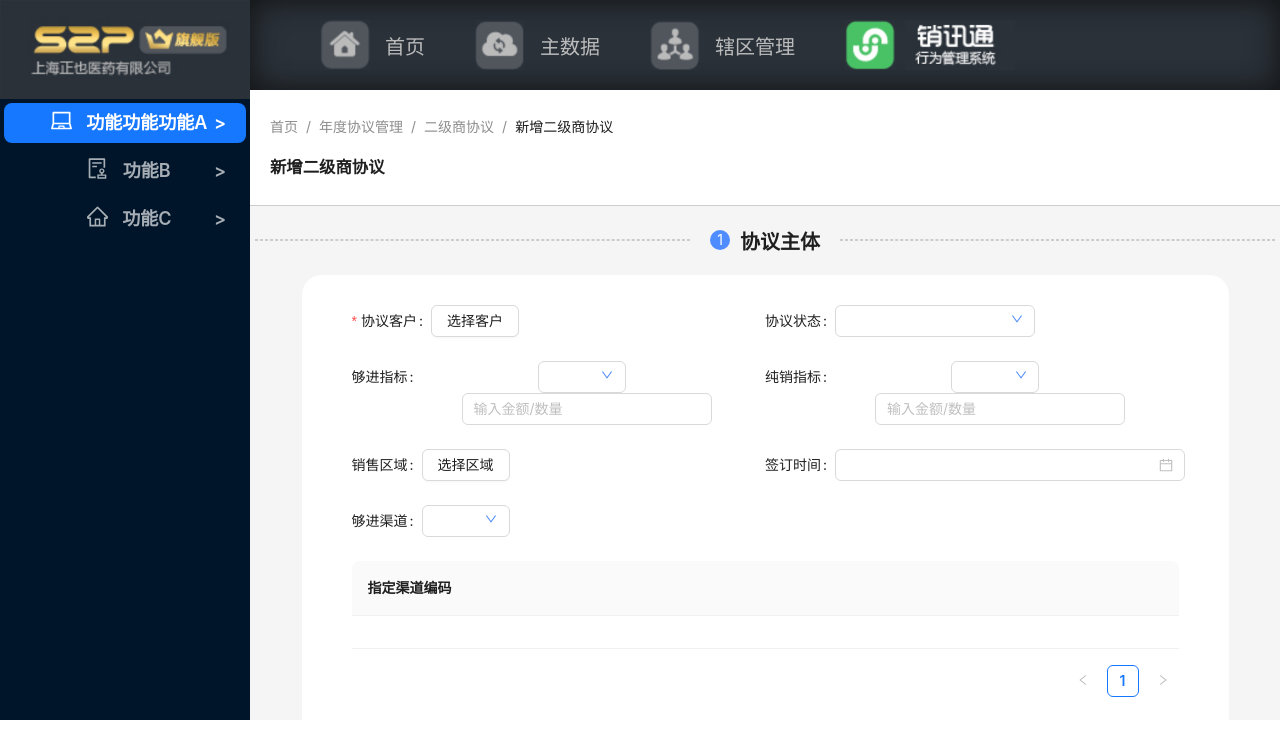
Repository: XiChips/questionB
Page: /
These files come from the project's save history. The page is drawn as it stood at one moment and after the next save; the edit follows.
The browser window is 1280 px wide. The pictures show the whole page.
The project was rebuilt for these pictures with package versions that can differ from the ones it lists, and the page was loaded fresh each time. Also part of the build but not shown: vue.config.js.

Above is the page before, as saved 2024-02-28 13:26:46.

After the next save:
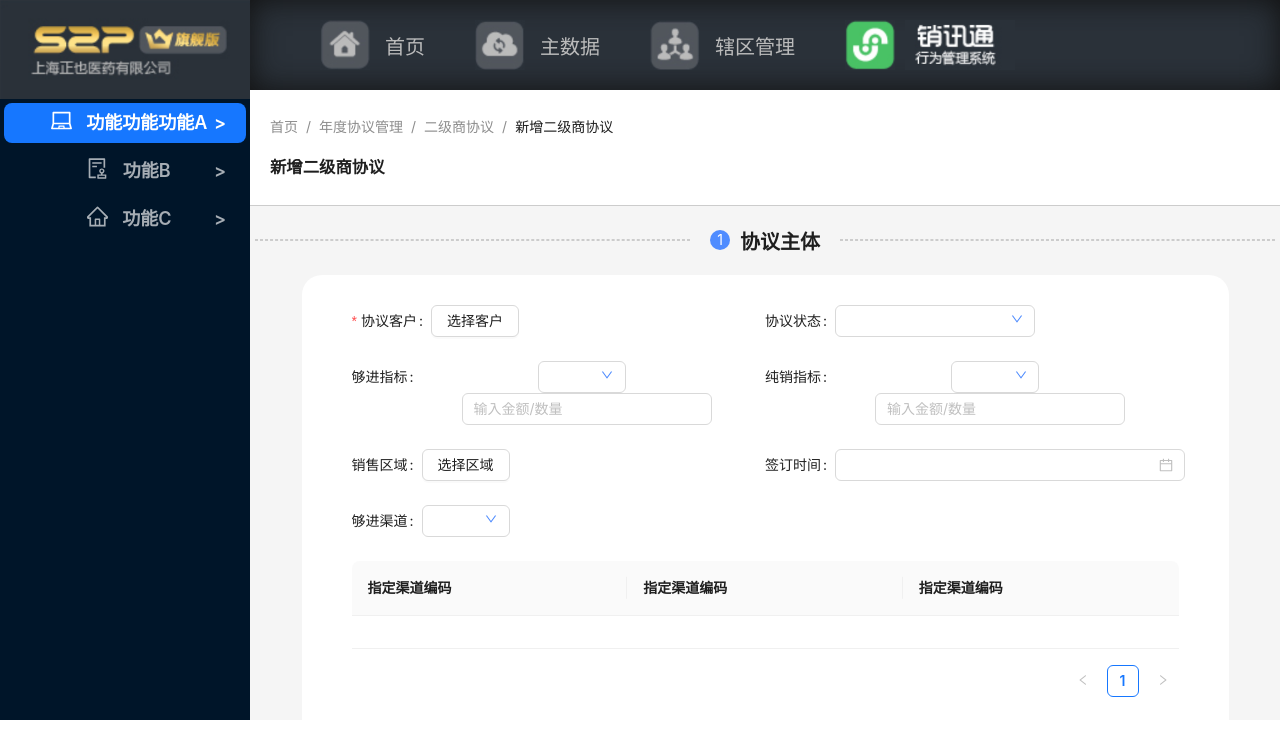
Saved 17 s later.
--- a/src/views/home.vue
+++ b/src/views/home.vue
@@ -207,6 +207,16 @@
           title: '指定渠道编码',
           dataIndex: 'col1',
           key: 'col1',
+        },
+        {
+          title: '指定渠道编码',
+          dataIndex: 'col2',
+          key: 'col2',
+        },
+        {
+          title: '指定渠道编码',
+          dataIndex: 'col3',
+          key: 'col3',
         }
       ],
       routes: [],
